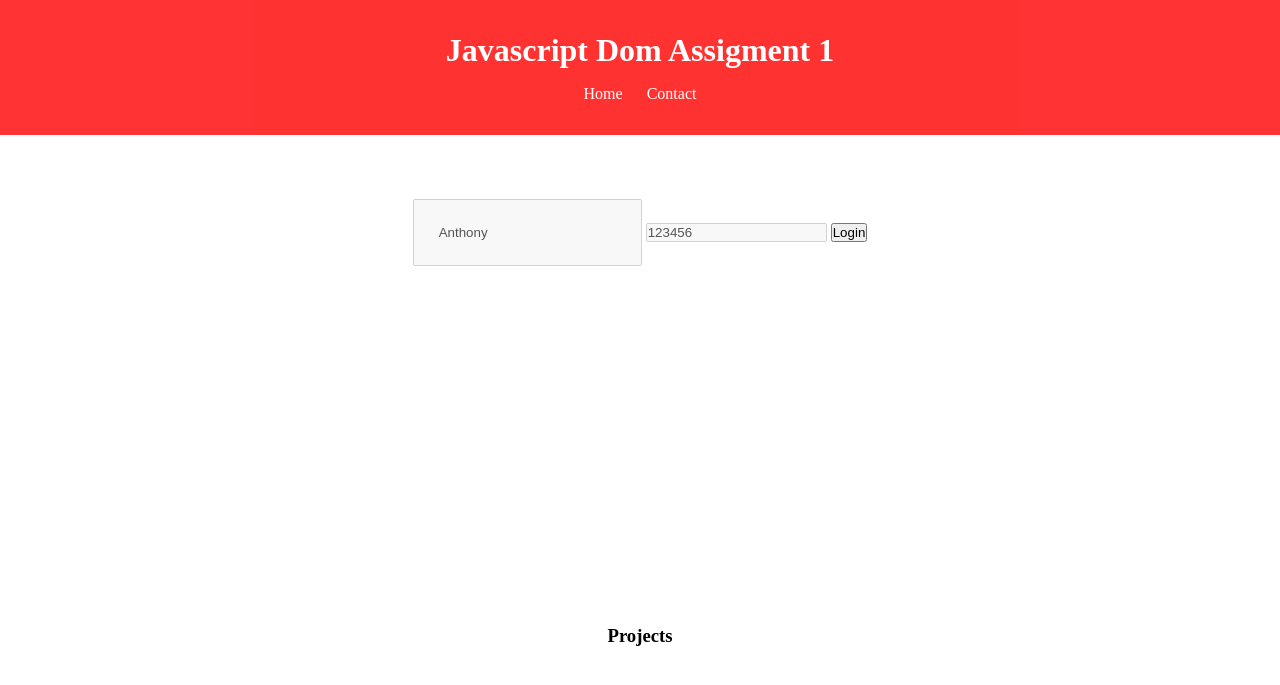
Repository: haakanerol/haakanerol
Page: Js.ass1/index.html
The author's editor kept a copy of each file at every save. The page is drawn from the files as they stood at one save, then again after the next save.
The browser window is 1280 px wide. The pictures show the whole page.

Above is the page before, as saved 2024-02-25 16:10:16.

### Js.ass1/index.html
<!DOCTYPE html>
<html lang="en">
<head>
    <meta charset="UTF-8">
    <meta name="viewport" content="width=device-width, initial-scale=1.0">
    <title>Document</title>
    <style>
        * {
            margin: 0;
            padding: 0;
            box-sizing: border-box;
        }
        main {
            display: flex;
            flex-direction: column;
            justify-content: space-between;
            align-items: center;
            height: 80vh;
            padding: 4rem;
        }
    </style>
</head>
<body>
    <header class="header">
        <h1 id="title">aaa</h1>
        <nav>
            <ul class="nav-item">
                <li id="home">Home</li>
                <li>Contact</li>
            </ul>
        </nav>
    </header>
    <main>
        <section>
            <input type="text" id="username">
            <input type="password" id="password">
            <button class="btn">Login</button>
        </section>
        <section id="projects">
            <h3>Projects</h3>
            <ul>
            </ul>
        </section>
    </main>
    <script src="app.js"></script>
</body>
</html>

### Js.ass1/app.js
newHeader = document.querySelector(".header")
newHeader.style.backgroundColor = "red"
newHeader.style.opacity = "0.8"
newHeader.style.color = "white"
newHeader.style.textAlign = "center"
newHeader.style.padding = "2rem"

newTitle = document.getElementById("title")
newTitle.textContent = "Javascript Dom Assigment 1"
newTitle.style.marginBottom = "1rem"

newNavItem = document.querySelector(".nav-item")
newNavItem.style.display = "flex"
newNavItem.style.justifyContent = "center"
newNavItem.style.gap = "1.5rem"
newNavItem.style.listStyle = "none"

newUsername = document.querySelector("#username")
newPassword = document.querySelector("#password")
newUsername.value = "Anthony"
newPassword.value = "123456"
newPassword.type = "number"
newUsername.disabled = "true"
newPassword.disabled = "true"
newUsername.style.padding = "1.5rem"

After the next save:
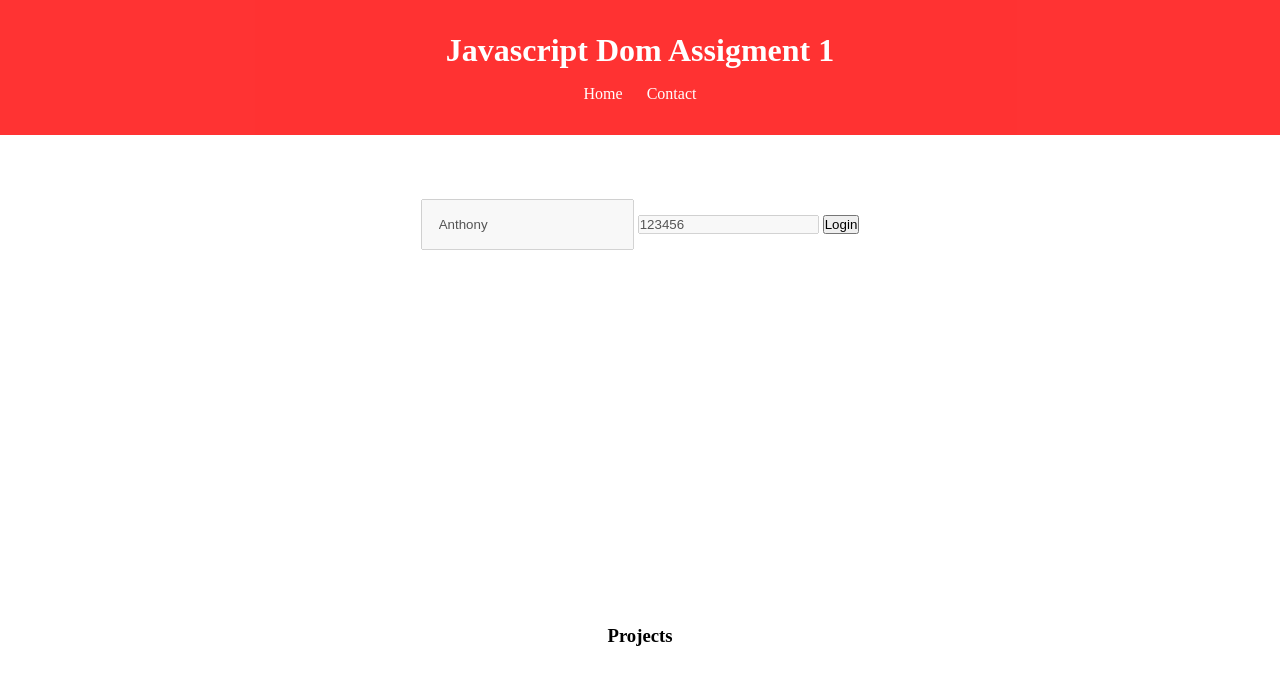
Saved 4 s later.
--- a/Js.ass1/app.js
+++ b/Js.ass1/app.js
@@ -22,4 +22,4 @@ newPassword.value = "123456"
 newPassword.type = "number"
 newUsername.disabled = "true"
 newPassword.disabled = "true"
-newUsername.style.padding = "1.5rem"
+newUsername.style.padding = "1rem"
